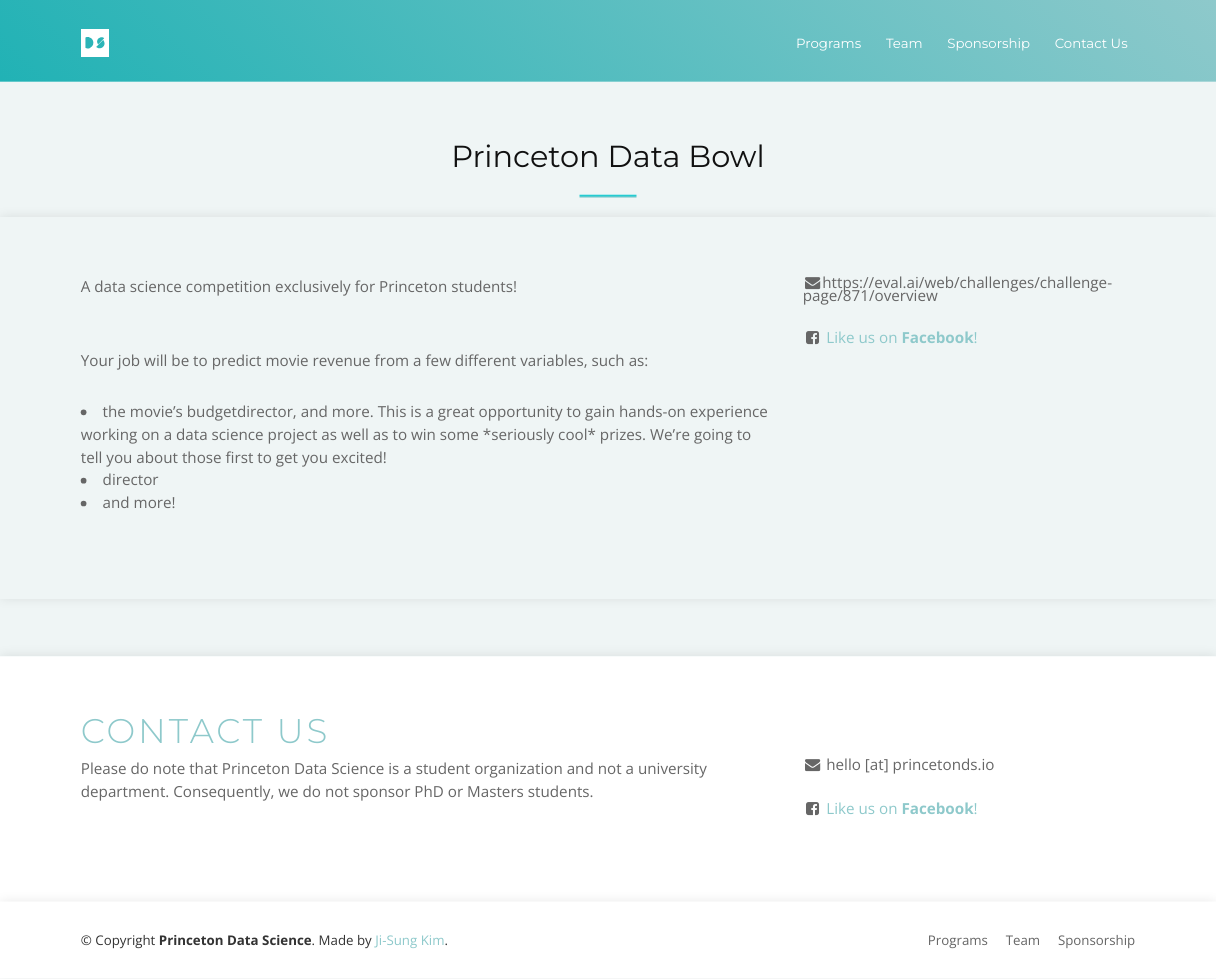
Repository: princetonds/princetonds.github.io
Page: team2.html
These files come from the project's save history. The page is drawn as it stood at one moment and after a run of saves; the edit follows.
The browser window is 1280 px wide. The pictures show the whole page, at 95% of full size.

Above is the page before, as saved 2021-03-20 03:20:43.
Console error: TypeError: Cannot read properties of null (reading 'innerHTML')

### team2.html
<!DOCTYPE html>
<html lang="en">
<head>
  <meta charset="utf-8">
  <title>Princeton Data Science (PDS)</title>
  <meta content="width=device-width, initial-scale=1.0" name="viewport">
  <meta content="" name="keywords">
  <meta content="" name="description">

  <!-- Favicons (created with http://realfavicongenerator.net/)-->
  <link rel="apple-touch-icon" sizes="180x180" href="/img/favicons/apple-touch-icon.png">
  <link rel="icon" type="image/png" href="/img/favicons/favicon-32x32.png" sizes="32x32">
  <link rel="icon" type="image/png" href="/img/favicons/favicon-16x16.png" sizes="16x16">
  <link rel="manifest" href="/img/favicons/manifest.json">
  <link rel="mask-icon" href="/img/favicons/safari-pinned-tab.svg" color="#49acad">
  <link rel="shortcut icon" href="/img/favicons/favicon.ico">
  <meta name="msapplication-config" content="/img/favicons/browserconfig.xml">
  <meta name="theme-color" content="#ffffff">

  <!-- Facebook Graph tags -->
  <meta property="og:url" content="https://princetonds.io" />
  <meta property="og:site_name" content="princetonds.io" />
  <meta property="og:title" content="Princeton Data Science (PDS)" />
  <meta name="og:description" content="Princeton Data Science (PDS) was founded in 2014-2015 to promote the practice and study of data science, a growing field that spans many disciplines such as statistics, machine learning, computer science, and business analytics." />
  <meta property="og:image" content="https://princetonds.io/img/500px_square_logo.png" />

  <!-- Google Fonts -->
  <link href="https://fonts.googleapis.com/css?family=Montserrat:300,400,500,700|Open+Sans:300,400,700" rel="stylesheet">

  <!-- Bootstrap CSS File -->
  <link href="lib/bootstrap/css/bootstrap.min.css" rel="stylesheet">

  <!-- Libraries CSS Files -->
  <link href="lib/animate/animate.min.css" rel="stylesheet">
  <link href="lib/font-awesome/css/font-awesome.min.css" rel="stylesheet">
  <link href="lib/magnific-popup/magnific-popup.css" rel="stylesheet">

  <!-- Main Stylesheet File -->
  <link href="css/style.css" rel="stylesheet">
  <link href="css/new.css" rel="stylesheet">
</head>

<body>

  <!--==========================
    Header
  ============================-->
  <header id="header">
    <div class="container">

      <div id="logo" class="pull-left">
        <h1><a href="#teamintro" class="scrollto"><img class="navbar-logo" src="img/inverted-logo.svg"></a></h1>
     </div>

      <nav id="nav-menu-container">
        <ul class="nav-menu">
          <li class="menu-active"><a href="https://princetonds.io">Programs</a></li>
          <li><a href="team.html">Team</a></li>
          <li><a href="media/sponsorship.pdf">Sponsorship</a></li>
          <li><a href="#contact">Contact Us</a></li>
        </ul>
      </nav><!-- #nav-menu-container -->
    </div>
  </header><!-- #header -->

  <!--==========================
    Intro Section
  ============================-->

  <!--==========================
    Intro Section
  ============================-->
  <section id="teamintro">
    <!-- <div class="team-intro-text">
      <h3>Our Team</h3>
    </div> -->
  </section>


  <!-- #intro -->


  <main id="main">


    <!--==========================
      Our Team Section
    ============================-->
    <section id="team" class="section-bg">
      <div class="container">
        <div class="section-header">
          <h3 class="section-title">Princeton Data Bowl</h3>
          <span class="section-divider"></span>
        </div>
      </div>

    <!--==========================
      Contact Section
    ============================-->
    <section id="contact">
      <div class="container">
        <div class="row wow fadeInUp">
          <div class="contact-about">
            <div class="col-lg-12 col-md-12">
              <!-- <h3>Data Science competition exclusively for Princeton students</h3> -->
            </div>
          </div>
        </div>

        <div class="row wow fadeInUp">
          <div class="col-lg-8 col-md-6">
            <p>A data science competition exclusively for Princeton students!</p>
            <br>
            <p>
               Your job will be to predict movie revenue from a few different variables, such as: </p>
              <li>
                the movie’s budgetdirector, and more. This is a great opportunity to gain hands-on experience working on a data science project as well as to win some *seriously cool* prizes. We’re going to tell you about those first to get you excited!
              </li>
              <li> director </li>
              <li> and more! </li>
              <p> </p>
          </div>
          <div class="col-lg-4 col-md-6 links">
            <p><i class="fa fa-envelope fa-fw"></i>https://eval.ai/web/challenges/challenge-page/871/overview</p>
            <p><i class="fa fa-facebook-square fa-fw"></i> <a href="https://www.facebook.com/princetonds" class="facebook">Like us on <strong>Facebook</strong>!</a></p>
          </div>
        </div>
      </div>
    </section><!-- #contact -->


    </section><!-- #team -->

    <!--==========================
      Contact Section
    ============================-->
    <section id="contact">
      <div class="container">
        <div class="row wow fadeInUp">
          <div class="contact-about">
            <div class="col-lg-12 col-md-12">
              <h3>Contact Us</h3>
            </div>
          </div>
        </div>

        <div class="row wow fadeInUp">
          <div class="col-lg-8 col-md-6">
            <p>Please do note that Princeton Data Science is a student organization and not a university department. Consequently, we do not sponsor PhD or Masters students.</p>
          </div>
          <div class="col-lg-4 col-md-6 links">
            <p><i class="fa fa-envelope fa-fw"></i> hello [at] princetonds.io</p>
            <p><i class="fa fa-facebook-square fa-fw"></i> <a href="https://www.facebook.com/princetonds" class="facebook">Like us on <strong>Facebook</strong>!</a></p>
          </div>
        </div>
      </div>
    </section><!-- #contact -->

  </main>

  <!--==========================
    Footer
  ============================-->
  <footer id="footer">
    <div class="container">
      <div class="row">
        <div class="col-lg-6 text-lg-left text-center">
          <div class="copyright">
            &copy; Copyright <strong>Princeton Data Science</strong>. Made by <a href="https://jisungkim.com">Ji-Sung Kim</a>.
          </div>
          <div class="credits">
          </div>
        </div>
        <div class="col-lg-6">
          <nav class="footer-links text-lg-right text-center pt-2 pt-lg-0">
            <a href="#programs" class="scrollto">Programs</a>
            <a href="#team" class="scrollto">Team</a>
            <a href="media/sponsorship.pdf">Sponsorship</a>
          </nav>
        </div>
      </div>
    </div>
  </footer><!-- #footer -->

  <a href="#" class="back-to-top"><i class="fa fa-chevron-up"></i></a>

  <!-- JavaScript Libraries -->
  <script src="lib/jquery/jquery.min.js"></script>
  <script src="lib/jquery/jquery-migrate.min.js"></script>
  <script src="lib/bootstrap/js/bootstrap.bundle.min.js"></script>
  <script src="lib/easing/easing.min.js"></script>
  <script src="lib/wow/wow.min.js"></script>
  <script src="lib/superfish/hoverIntent.js"></script>
  <script src="lib/superfish/superfish.min.js"></script>
  <script src="lib/magnific-popup/magnific-popup.min.js"></script>

  <!-- Template Main Javascript File -->
  <script src="js/main.js"></script>
  <script src="js/typewriter.js"></script>

</body>
</html>

### css/new.css
.program {
    padding: 40px;
}

.program h3 {
    color: black;
    font-weight: 700;
    font-family: "Open Sans";
}

.section {
    padding-top: 100px;
}


#programs {
    padding: 60px 0;
}

#clients {
    padding: 60px 0;
}

.sponsor-title {
    padding-bottom: 15px;
}

.profile-description {
    font-size: 14px;
}

.arjun {
    font-size: 15px !important;
    line-height: 22px;
}

.links p {
    line-height: 12px;
}

.presidents {
    color: #999999;
    font-size: 16px;
}

Loaded but not shown: lib/bootstrap/css/bootstrap.min.css (library); lib/animate/animate.min.css (library); lib/font-awesome/css/font-awesome.min.css (library); lib/magnific-popup/magnific-popup.css (library); lib/jquery/jquery.min.js (library); lib/jquery/jquery-migrate.min.js (library); lib/bootstrap/js/bootstrap.bundle.min.js (library); lib/easing/easing.min.js (common file); lib/wow/wow.min.js (library); lib/superfish/hoverIntent.js (library); lib/superfish/superfish.min.js (library); lib/magnific-popup/magnific-popup.min.js (library); js/main.js (125 lines, source omitted); js/typewriter.js (28 lines, source omitted); css/style.css (1304 lines, source omitted)

After the next 2 saves:
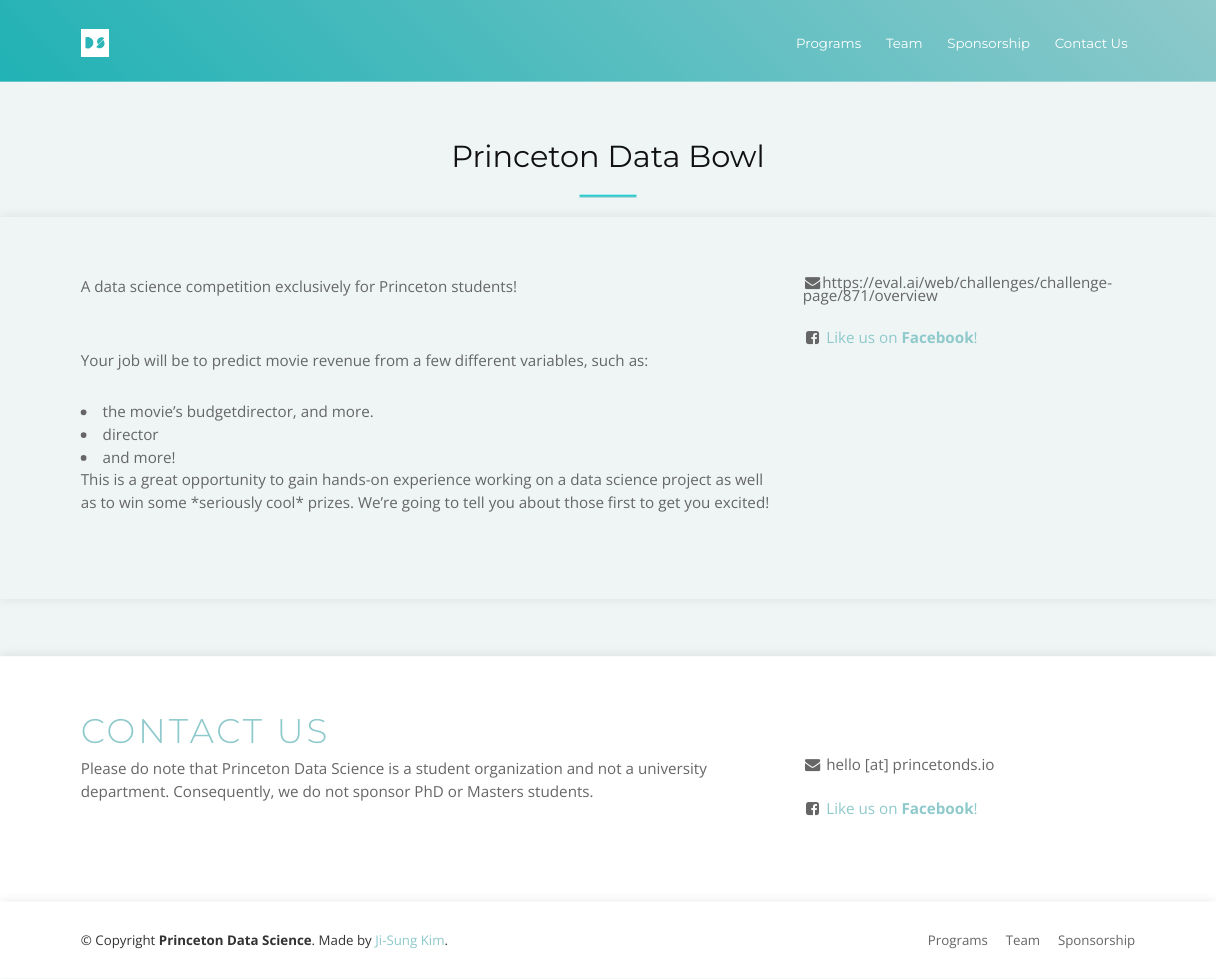
The 2 saves are shown as one change because they came seconds apart.
The last was saved 8 s later.
--- a/team2.html
+++ b/team2.html
@@ -114,11 +114,11 @@
             <p>
                Your job will be to predict movie revenue from a few different variables, such as: </p>
               <li>
-                the movie’s budgetdirector, and more. This is a great opportunity to gain hands-on experience working on a data science project as well as to win some *seriously cool* prizes. We’re going to tell you about those first to get you excited!
+                the movie’s budgetdirector, and more.
               </li>
               <li> director </li>
               <li> and more! </li>
-              <p> </p>
+              <p>   This is a great opportunity to gain hands-on experience working on a data science project as well as to win some *seriously cool* prizes. We’re going to tell you about those first to get you excited!</p>
           </div>
           <div class="col-lg-4 col-md-6 links">
             <p><i class="fa fa-envelope fa-fw"></i>https://eval.ai/web/challenges/challenge-page/871/overview</p>
